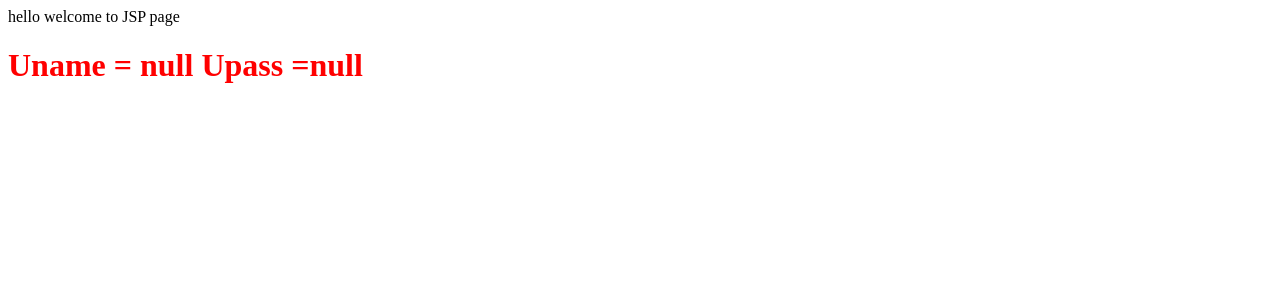
Repository: Asterisc-Institute/Adv-Java-Batch8
Page: http://localhost/Jsp-Day01/home.jsp
These files come from the project's save history. The page is drawn as it stood at one moment and after the next save; the edit follows.
The browser window is 1280 px wide. The pictures show the whole page.
The page is served by Tomcat 9.

Above is the page before, as saved 2023-05-06 15:45:00.

After the next save:
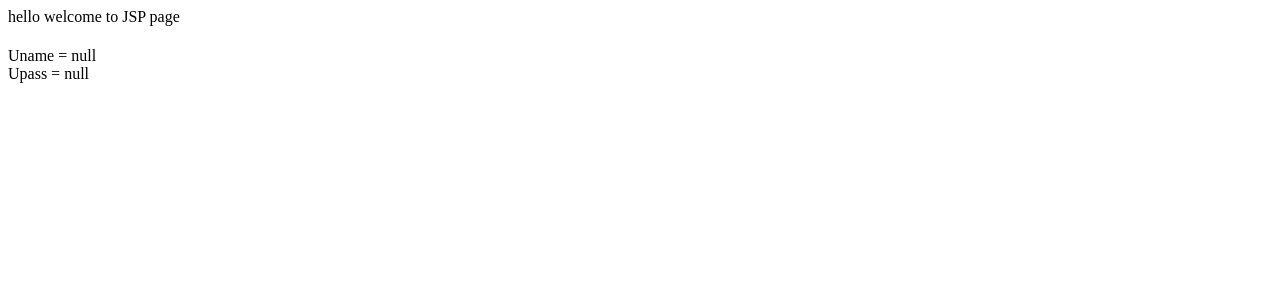
Saved 6 min 25 s later.
--- a/Jsp-Day01/WebContent/home.jsp
+++ b/Jsp-Day01/WebContent/home.jsp
@@ -16,9 +16,15 @@ hello welcome to JSP page
 String uname=request.getParameter("uname");
 String upass=request.getParameter("upass");
 
-out.println("Uname = "+uname+"  Upass ="+upass);
+//out.println("Uname = "+uname+"  Upass ="+upass);
 %>
 </h1>
 
+Uname = <%=uname %><br/>
+
+Upass = <%=upass %><br/>
+
+
+
 </body>
 </html>
